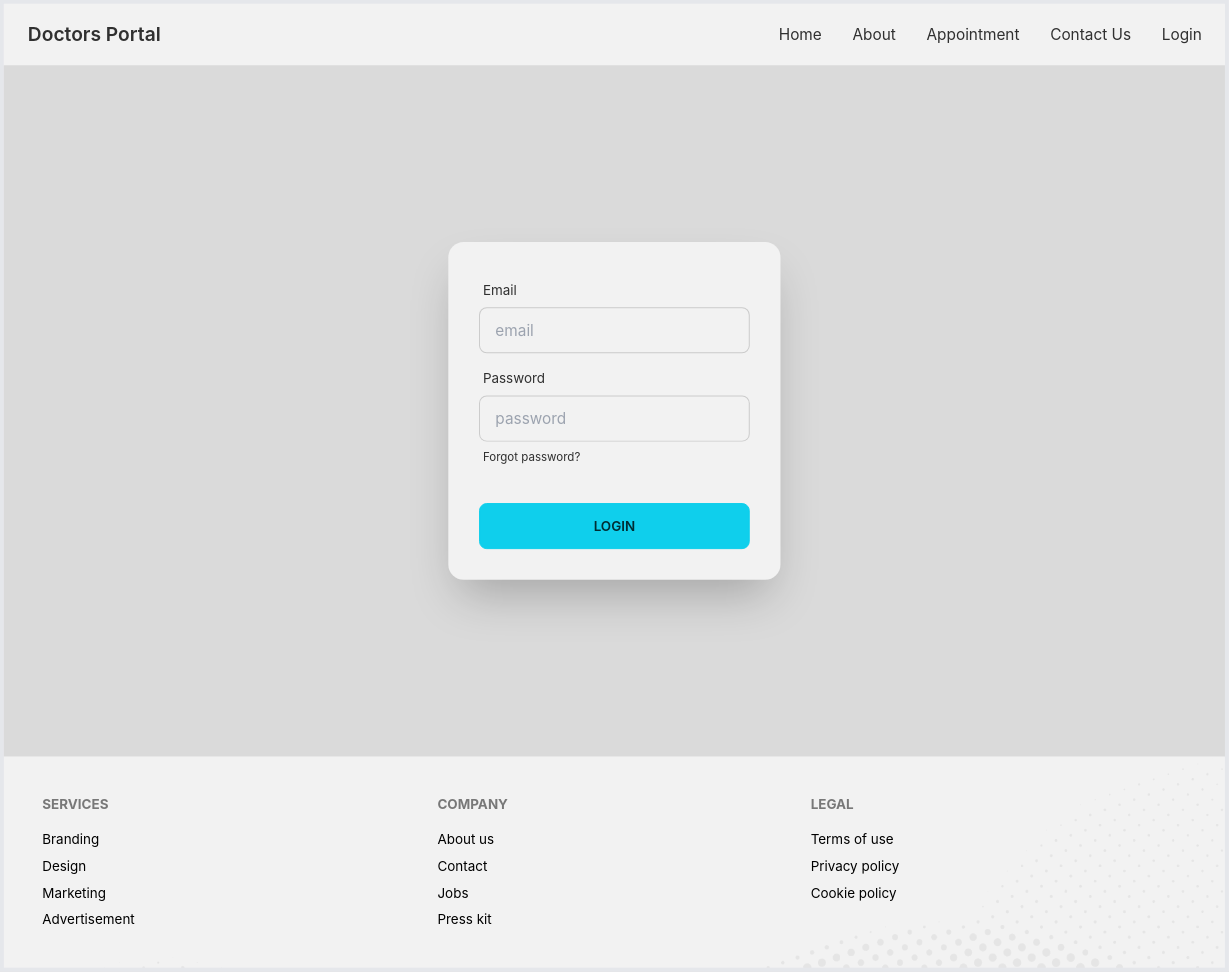
Repository: Samad77/Doctorportal-Client
Page: /login
An editor plug-in stored every save of this project. The page is shown before and after a run of saves, followed by the edit.
The browser window is 1280 px wide. The pictures show the whole page, at 96% of full size.
The project was rebuilt for these pictures with package versions that can differ from the ones it lists, and the page was loaded fresh each time. Also part of the build but not shown: src/Pages/Appointment/BookingModal/BookingModal.js, src/Pages/Appointment/AppoinmentCard/AppoinmentCard.js, src/Pages/Appointment/AppointmentBanner/AppointmentBanner.js, src/Pages/Appointment/AvailavleAppoinment/AvailableAppoinment.js, src/Pages/Appointment/Appoinment/Appoinment.js, src/Components/PrimaryButton/PrimaryButton.js, src/Pages/Home/Banner/Banner.js, src/Pages/Home/Cards/Cards.js and 5 more.

Above is the page before, as saved 2022-11-15 09:56:37.

After the next 2 saves:
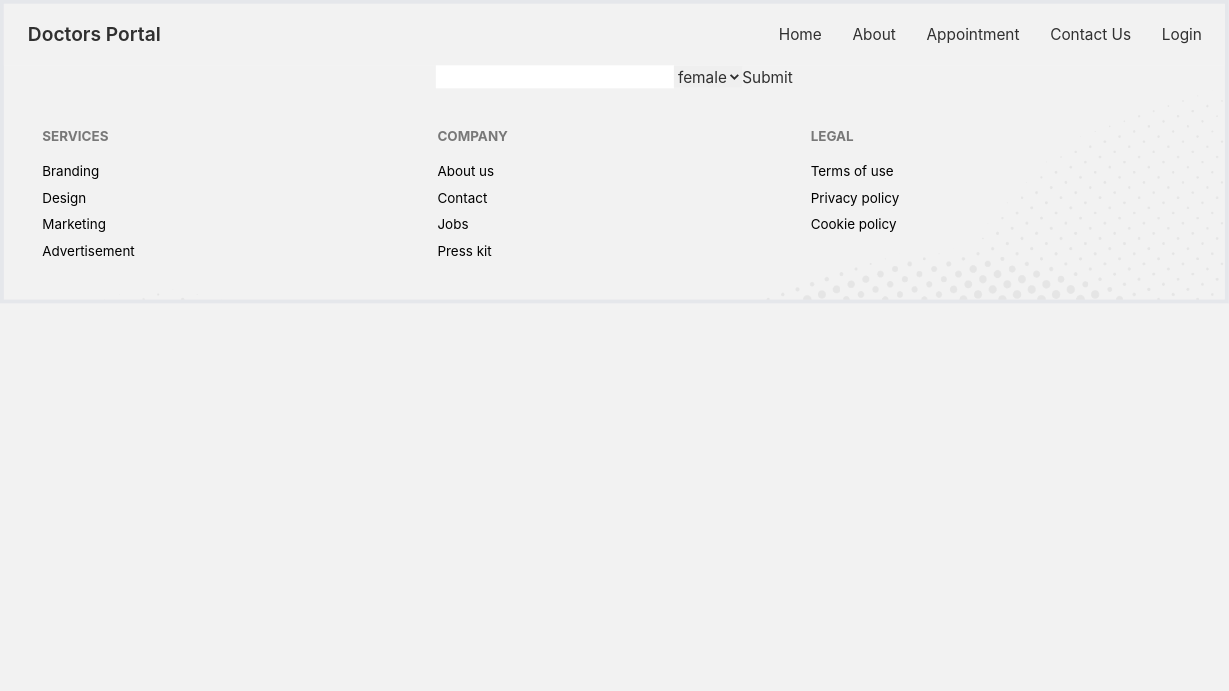
The 2 saves are shown as one change because 1 did not build or start.
The last was saved 35 min 58 s later.
--- a/src/Pages/Login/Login.js
+++ b/src/Pages/Login/Login.js
@@ -1,34 +1,19 @@
-import React from 'react';
+import React, { useState } from 'react';
+import { useForm } from 'react-hook-form';
 
 const Login = () => {
+    const [data, setData] = useState("");
+    const {register, handleSubmit} = useForm()
     return (
-        <div className="hero min-h-screen bg-base-200">
-            <div className="hero-content flex-col lg:flex-row-reverse">
-
-                <div className="card flex-shrink-0 w-full max-w-sm shadow-2xl bg-base-100">
-                    <div className="card-body">
-                        <div className="form-control">
-                            <label className="label">
-                                <span className="label-text">Email</span>
-                            </label>
-                            <input type="text" placeholder="email" className="input input-bordered" />
-                        </div>
-                        <div className="form-control">
-                            <label className="label">
-                                <span className="label-text">Password</span>
-                            </label>
-                            <input type="text" placeholder="password" className="input input-bordered" />
-                            <label className="label">
-                                <a href="#" className="label-text-alt link link-hover">Forgot password?</a>
-                            </label>
-                        </div>
-                        <div className="form-control mt-6">
-                            <button className="btn btn-primary">Login</button>
-                        </div>
-                    </div>
-                </div>
-            </div>
-        </div>
+        <form onSubmit={handleSubmit(data)}>
+            <input {...register("firstName")} />
+            <select {...register("gender")}>
+                <option value="female">female</option>
+                <option value="male">male</option>
+                <option value="other">other</option>
+            </select>
+            <input type="submit" />
+        </form>
     );
 };
 
